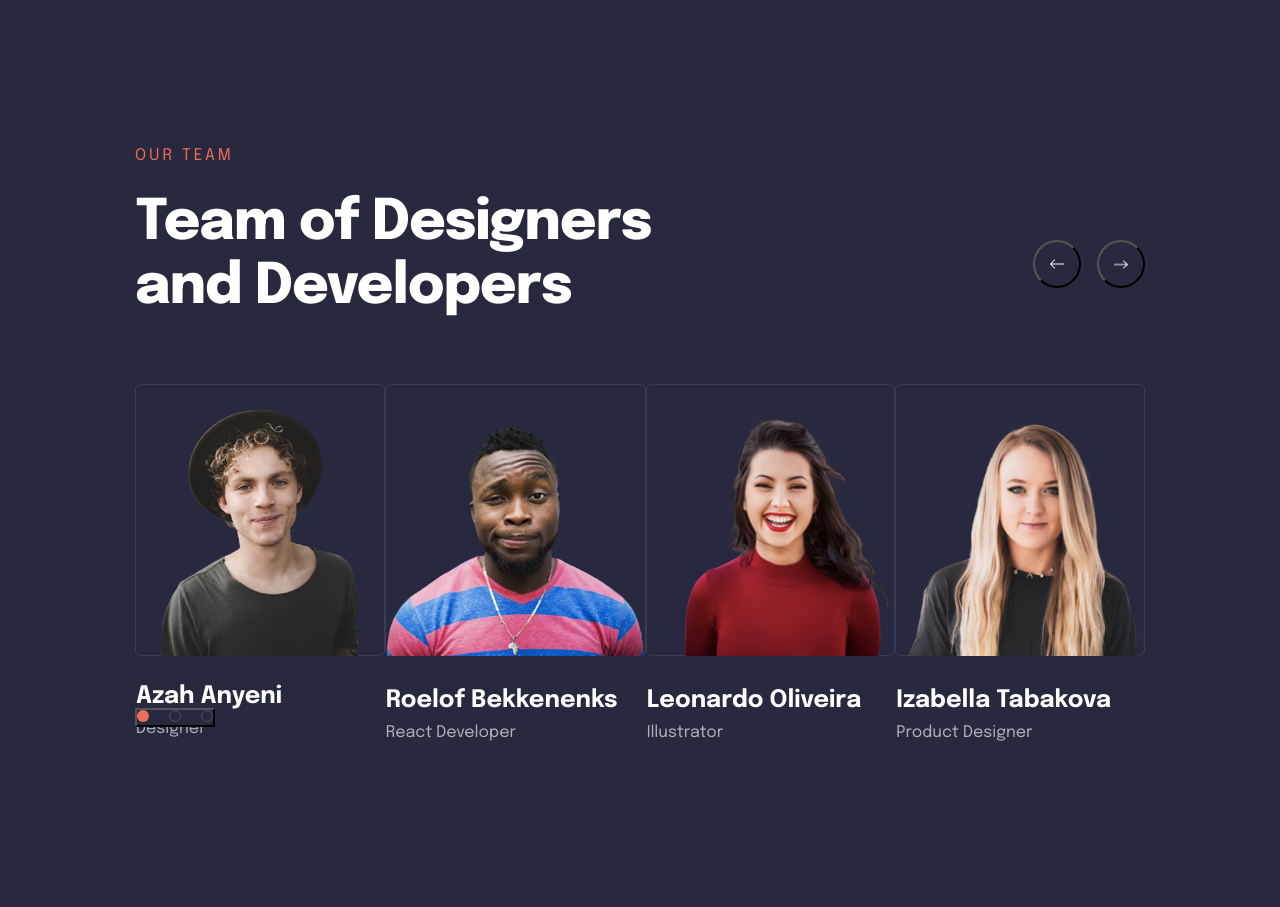
Repository: NatiqSamiyev/next-figma-project
Page: index.html
These files come from the project's save history. The page is drawn as it stood at one moment and after a run of saves; the edit follows.
The browser window is 1280 px wide. The pictures show the whole page.

Above is the page before, as saved 2023-08-21 15:32:39.

### index.html
<!DOCTYPE html>
<html lang="en">
<head>
    <meta charset="UTF-8">
    <meta name="viewport" content="width=device-width, initial-scale=1.0">
    <title>Document</title>
    <link rel="stylesheet" href="index.css">
</head>
<body>

    <div class="container">
        <div class="top-container">

            <div class="left">
                <h1>Our Team</h1>
                <h2>
                    Team of Designers
                    and Developers
                </h2>

            </div>

            <div class="right">
                <div class="box-1">
                    <button>
                        <img src="./image/Path.png" alt="">
                    </button>

                </div>

                <div class="box-2">
                    <button>
                        <img src="./image/Path (1).png" alt="">
                    </button>

                </div>
            </div>
        </div>


        <div class="image-box">
            <ul>
                <li class="first-child">
                    <img src="./image/Bitmap.svg" alt="">
                    <h3>Azah Anyeni</h3>
                    <p>Designer</p>
                </li>

                <li class="nth-child(2)">
                    <img src="./image/Bitmap (1).svg" alt="">
                    <h3>Roelof Bekkenenks</h3>
                    <p>React Developer</p>
                </li>

                <li class="nth-child(3)">
                    <img src="./image/Bitmap (2).svg" alt="">
                    <h3>Leonardo Oliveira</h3>
                    <p>Illustrator</p>
                </li>

                <li class="last-child">
                    <img src="./image/Bitmap (3).svg" alt="">
                    <h3>Izabella Tabakova</h3>
                    <p>Product Designer</p>
                </li>
            </ul>

        </div>

        <div class="bottom-container">
            <button>
                <img src="./image/pins.svg" alt="">
            </button>

        </div>


</body>
</html>

### index.css
@import url('https://fonts.googleapis.com/css2?family=Epilogue:wght@400;700;800&display=swap');
*{
    margin: 0;
    padding: 0;
    box-sizing: border-box;
}

.container{
    width: 100%;
    padding: 140px 135px 180px 135px;
    background-color: #28293E;

}

.top-container{
    display: flex;
    justify-content: space-between;

}

.left{
    width: 531px;
}

.left h1{
    color: var(--text-light-accent, #EF6D58);
    font-feature-settings: 'clig' off, 'liga' off;
    font-family: Epilogue;
    font-size: 16px;
    font-style: normal;
    font-weight: 400;
    line-height: 32px;
    letter-spacing: 3px;
    text-transform: uppercase;

}

.left h2{
    color: var(--text-light, #FFF);
    font-feature-settings: 'clig' off, 'liga' off;
    font-family: Epilogue;
    font-size: 56px;
    font-style: normal;
    font-weight: 800;
    line-height: 64px;
    letter-spacing: -1px;
    margin-top: 20px;

}

.right{
    display: flex;
    margin-top: 100px;
}

.right .box-1{
    margin-right: 16px;


}

.right .box-1 button{
    border-radius: 25px;
    width: 48px;
    height: 48px;
    background-color: #28293E;
}


.right.box-1 img{
    width: 14.001px;
    height: 9.001px;
    fill: #FFF;
}



.right .box-2 button{
    border-radius: 25px;
    width: 48px;
    height: 48px;
    background-color: #28293E;
}

.right .box-2 img{
    width: 14.001px;
    height: 9.001px;
    fill: #FFF;
}

.image-box{
    width: 100%;
    margin-top: 64px;
}

.image-box ul{
    display: flex;
    justify-content: space-between;
}

.image-box ul li{
    list-style-type: none;
    width: 270px;
    height: 272px;
    border-radius: 6px;
    border: 1px solid #3A3C56;
}

li:first-child img {
    width: 196px;
    height: 247px;
    display: flex;
    margin: auto;
    margin-top: 24px;
}

li:nth-child(2) img{
    width: 259px;
    height: 232px;
    margin-top: 39px;
}

li:nth-child(3) img{
    width: 205px;
    height: 238px;
    margin-left: 37px;
    margin-top: 33px;
}

.last-child img{
    width: 230px;
    height: 233px;
    margin-top: 38px;
    margin-left: 12px;
}


.image-box ul li h3{
    margin-top: 25px;
    color: var(--text-light, #FFF);
    font-feature-settings: 'clig' off, 'liga' off;
    font-family: Epilogue;
    font-size: 24px;
    font-style: normal;
    font-weight: 700;
    line-height: 32px;
}

.image-box ul li p{
    color: var(--text-light-gray, rgba(255, 255, 255, 0.64));
    font-feature-settings: 'clig' off, 'liga' off;
    font-family: Epilogue;
    font-size: 16px;
    font-style: normal;
    font-weight: 400;
    line-height: 32px;
}

.bottom-container{
    margin-top: 52px;


}

.bottom-container button{

    background: #28293E;




}

.bottom-container button img{
    width: 76px;
    height: 12px;



}

After the next 4 saves:
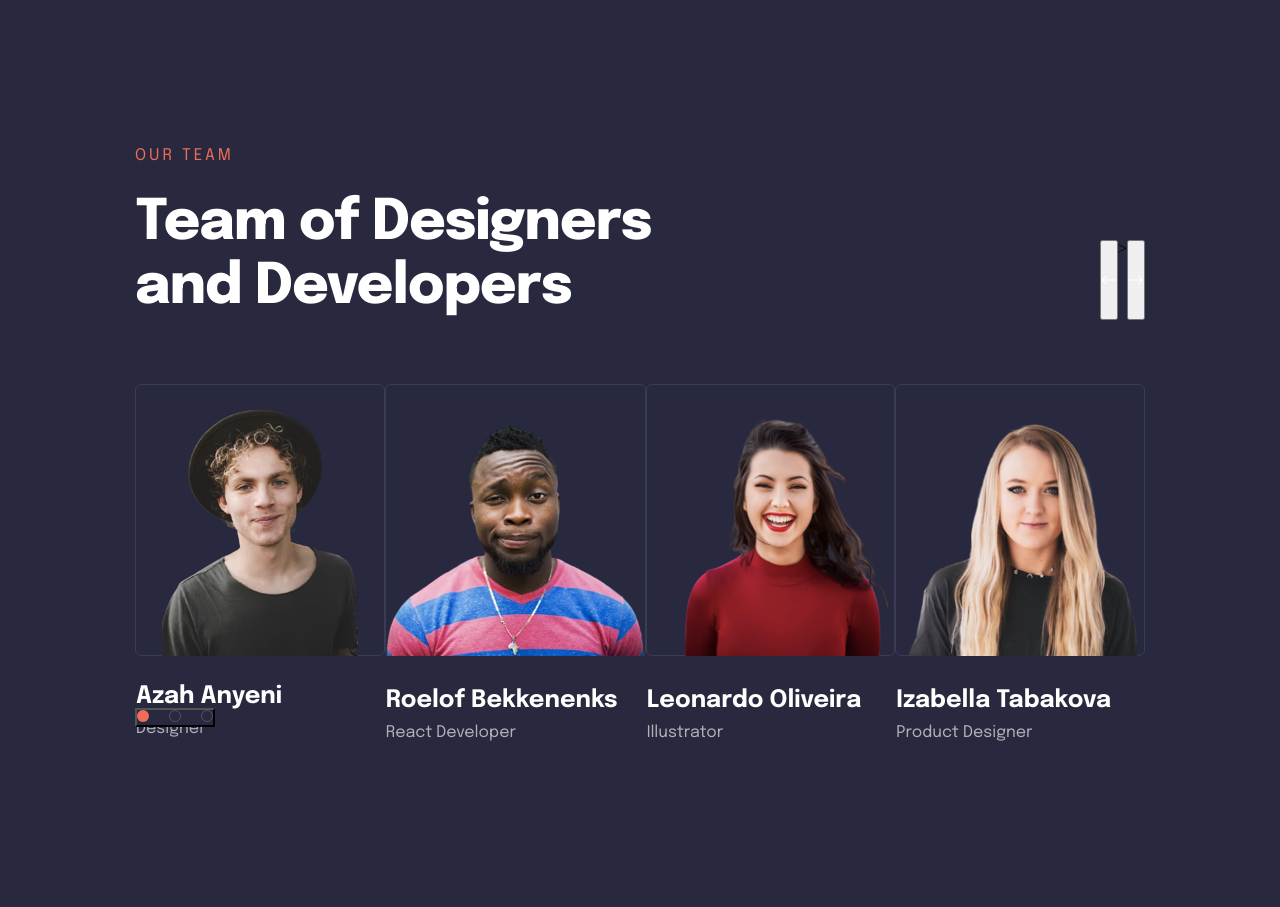
The 4 saves are shown as one change because they came seconds apart.
The last was saved 10 s later.
--- a/index.html
+++ b/index.html
@@ -21,19 +21,18 @@
             </div>
 
             <div class="right">
-                <div class="box-1">
+
                     <button>
                         <img src="./image/Path.png" alt="">
                     </button>
 
-                </div>
 
-                <div class="box-2">
+              >
                     <button>
                         <img src="./image/Path (1).png" alt="">
                     </button>
 
-                </div>
+
             </div>
         </div>
 
